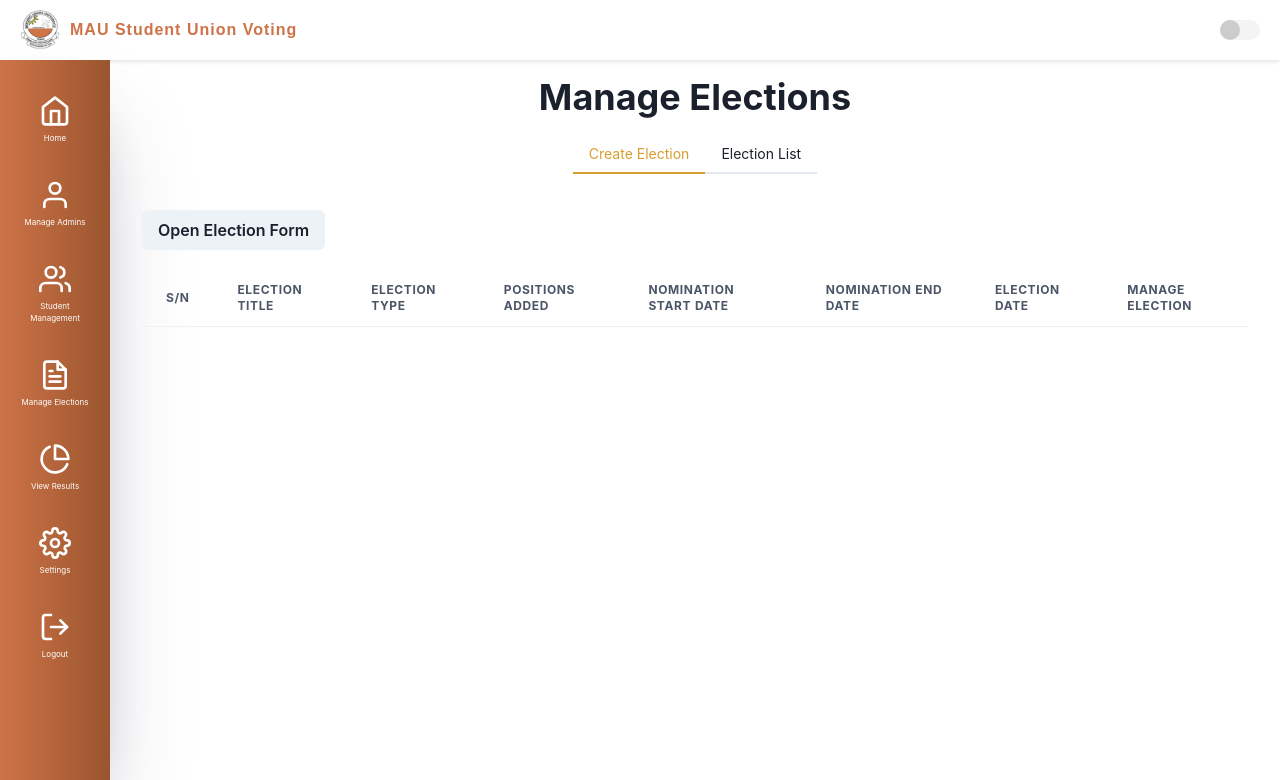
Repository: joena1o/e-vote
Page: /admin-dashboard/manage-elections
These files come from the project's save history. The page is drawn as it stood at one moment and after the next save; the edit follows.
The browser window is 1280 px wide. The pictures show the whole page.
The project was rebuilt for these pictures with package versions that can differ from the ones it lists, and the page was loaded fresh each time. Also part of the build but not shown: src/components/EnhancedLogin.js, src/components/maincontent/RegisterStudents/ManageStudents.js, src/components/maincontent/RegisterStudents/RegisterStudents.js, src/components/maincontent/RegisterStudents/StudentManagement.js, src/components/maincontent/ElectionResults/ViewResults.js, src/components/maincontent/Settings/Settings.js, src/api/index.js, src/components/maincontent/home/Home.styles.js and 15 more.

Above is the page before, as saved 2023-10-27 01:29:19.

### src/index.js
import React from 'react';
import ReactDOM from 'react-dom/client';
import './index.css';
import App from './App';
import reportWebVitals from './reportWebVitals';
import Modal from 'react-modal';

// Set the app element for the modal for accessibility purposes
Modal.setAppElement('#root');

const root = ReactDOM.createRoot(document.getElementById('root'));
root.render(
  <React.StrictMode>
    <App />
  </React.StrictMode>
);

// If you want to start measuring performance in your app, pass a function
// to log results (for example: reportWebVitals(console.log))
// or send to an analytics endpoint. Learn more: https://bit.ly/CRA-vitals
reportWebVitals();

### src/App.js
import React from 'react';
import { BrowserRouter as Router, Routes, Route, Navigate } from 'react-router-dom';
import EnhancedLogin from './components/EnhancedLogin';
import AdminDashboard from './components/AdminDashboard';
import StudentDashboard from './components/StudentDashboard';
import { ChakraProvider, ColorModeProvider, Button, useColorMode } from '@chakra-ui/react';
import { Provider } from 'react-redux';
import store from './Redux/store';
import ElectionCommitteeDashboard from './components/maincontent/ElectionCommitteeDashboard';

// Component to toggle dark mode
function DarkModeToggle() {
  const { colorMode, toggleColorMode } = useColorMode();
  return (
    <Button onClick={toggleColorMode} position="fixed" m={4} zIndex={10}>
      Toggle {colorMode === 'light' ? 'Dark' : 'Light'}
    </Button>
  );
}

function App() {
  // Check if the current route is not the "/login" route, then render the DarkModeToggle
  // const isLoginPage = window.location.pathname === '/login';

  return (
    <Provider store={store}>
      <ChakraProvider>
        <ColorModeProvider options={{ useSystemColorMode: true }}>
          <Router>
            <Routes>
              {/* Define your routes */}
              <Route path="/login" element={<EnhancedLogin />} />
              <Route path="/admin-dashboard/*" element={<AdminDashboard />} />
              <Route path="/ElectionCommittee-dashboard/*" element={<ElectionCommitteeDashboard />} />
              <Route path='/student-dashboard/*' element={<StudentDashboard />} />
              {/* Redirect root to /admin-dashboard */}
              <Route path="/" element={<Navigate to="/admin-dashboard" replace />} />
            </Routes>
          </Router>
          {/* Render DarkModeToggle only if not on the "/login" page */}
          {/* {!isLoginPage && <DarkModeToggle />} */}
        </ColorModeProvider>
      </ChakraProvider>
    </Provider>
  );
}

export default App;

### src/components/AdminDashboard.js
// AdminDashboard.js
import React from 'react';
import { Routes, Route } from 'react-router-dom';
import StudentManagement from './maincontent/RegisterStudents/StudentManagement';
import ViewResults from './maincontent/ElectionResults/ViewResults';
import Settings from './maincontent/Settings/Settings';
import Home from './maincontent/home/Home';
import ManageAdmin from './maincontent/ManageAdmins/ManageAdmins';
import ManageElections from './maincontent/ManageElections/ManageElections';
import Sidebar from './Sidebar';
import Navbar from './Navbar';
import styled from 'styled-components';

const Container = styled.div`
  display: flex;
  flex-direction: column;
  /* Add the following line to ensure Container fills the screen height */
  height: 100vh;
  width: 100%; /* Use 100% to fill the entire width of the screen */
`;


const Content = styled.div`
  display: flex;
  /* Add the following line to ensure Content fills the remaining screen space */
  flex: 1;
`;

const AdminDashboard = () => {
  return (
    <Container>
      <Navbar />
      <Content>
        <Sidebar />
        <Routes>
          <Route index element={<Home />} />
          <Route path="student-management" element={<StudentManagement />} />
          <Route path="view-results" element={<ViewResults />} />
          <Route path="settings" element={<Settings />} />
          <Route path="manage-admin" element={<ManageAdmin />} />
          <Route path="manage-elections" element={<ManageElections />} />
        </Routes>
      </Content>
    </Container>
  );
};

export default AdminDashboard;

### src/Redux/store.js
import { configureStore } from '@reduxjs/toolkit';
import electionReducer from './electionSlice';
import studentsReducer from './studentsSlice';
import candidatesReducer from './CandidateSlice'; // Import the candidates reducer

const store = configureStore({
  reducer: {
    elections: electionReducer,
    students: studentsReducer,
    candidates: candidatesReducer, // Add the candidates reducer here
  },
});

export default store;

### src/components/maincontent/ManageElections/ManageElections.js
import React, { useState } from 'react';
import { Tabs, TabList, TabPanels, Tab, TabPanel, Box, Flex, Heading } from '@chakra-ui/react';
import CreateElections from './CreateElection';
import ElectionList from './ElectionList';

const ManageElections = () => {
  const [activeTab, setActiveTab] = useState(0);

  const handleTabChange = (index) => {
    setActiveTab(index);
  };

  return (
    <Flex direction="column" align="center" w="100vw" h="100vh" p={4}>
      <Heading mb={4}>Manage Elections</Heading>
      <Box w="100%" h="100%" maxW="full">
        <Tabs index={activeTab} onChange={handleTabChange} isLazy>
          <Flex justifyContent="center" w="100%">
            <TabList display="inline-flex">
              <Tab fontSize="sm" px={4} py={2} _selected={{ borderBottom: '2px solid', borderColor: 'yellow.500', color: 'yellow.500' }}>
                Create Election
              </Tab>
              <Tab fontSize="sm" px={4} py={2} _selected={{ borderBottom: '2px solid', borderColor: 'yellow.500', color: 'yellow.500' }}>
                Election List
              </Tab>
            </TabList>
          </Flex>
          <TabPanels>
            <TabPanel>
              <CreateElections />
            </TabPanel>
            <TabPanel>
              <ElectionList />
            </TabPanel>
          </TabPanels>
        </Tabs>
      </Box>
    </Flex>
  );
};

export default ManageElections;

### src/components/Navbar.js
import React from 'react';
import styled, { createGlobalStyle } from 'styled-components';
import logo from '../assets/school_logo.jpg';
import { useColorMode } from '@chakra-ui/react';

const GlobalStyle = createGlobalStyle`
  body {
    background-color: ${props => (props.theme === 'dark' ? '#333' : '#fff')};
    color: ${props => (props.theme === 'dark' ? '#fff' : '#000')}; // Set other component texts to black in light mode
  }
`;

const Header = styled.header`
  background: ${props => (props.theme === 'dark' ? '#333' : '#fff')};
  color: ${props => (props.theme === 'dark' ? '#fff' : '#ce7348')}; // Set navbar text to brown in light mode
  padding: 10px 20px;
  display: flex;
  align-items: center;
  justify-content: flex-start;
  box-shadow: 0px 2px 4px rgba(0, 0, 0, 0.1);
  font-family: 'Poppins', sans-serif;
`;


const Logo = styled.img`
  width: 40px;
  height: 40px;
  border-radius: 20px;
  margin-right: 10px;
`;

const Title = styled.h1`
  margin: 0;
  padding: 0;
  font-size: 1rem;
  font-weight: 600;
  letter-spacing: 1px;
`;

const ToggleSlider = styled.label`
  display: flex;
  align-items: center;
  cursor: pointer;
  margin-left: auto;
`;

const SliderInput = styled.input.attrs({ type: 'checkbox' })`
  display: none;
`;

const Slider = styled.div`
  width: 40px;
  height: 20px;
  background-color: ${props => (props.theme === 'dark' ? '#333' : '#f4f4f4')};
  border-radius: 20px;
  position: relative;
  transition: background-color 0.3s ease;
  cursor: pointer;

  &::after {
    content: '';
    width: 20px;
    height: 20px;
    border-radius: 50%;
    background-color: ${props => (props.theme === 'dark' ? '#fff' : '#ccc')};
    position: absolute;
    top: 50%;
    transform: translateY(-50%);
    left: ${props => (props.theme === 'dark' ? '20px' : '0')};
    transition: left 0.3s ease;
  }
`;

function Navbar() {
  const { colorMode, toggleColorMode } = useColorMode();

  return (
    <>
      <GlobalStyle theme={colorMode} />
      <Header theme={colorMode}>
        <Logo src={logo} alt="University Logo" />
        <Title>MAU Student Union Voting</Title>
        <ToggleSlider>
          <SliderInput type="checkbox" onChange={toggleColorMode} />
          <Slider theme={colorMode} />
        </ToggleSlider>
      </Header>
    </>
  );
}

export default Navbar;

### src/Redux/electionSlice.js
/*import { createSlice, createAsyncThunk } from '@reduxjs/toolkit';
import { API, graphqlOperation } from 'aws-amplify';
import { createElection as createElectionAPI } from '../graphql/mutations';

export const createElection = createAsyncThunk(
  'elections/createElection',
  async (election, { rejectWithValue }) => {
    try {
      const result = await API.graphql(graphqlOperation(createElectionAPI, { input: election }));
      return result.data.createElection;
    } catch (error) {
      return rejectWithValue(error);
    }
  }
);

const electionSlice = createSlice({
  name: 'elections',
  initialState: [],
  reducers: {},
  extraReducers: (builder) => {
    builder.addCase(createElection.fulfilled, (state, action) => {
      state.push(action.payload);
    });
  },
});

export default electionSlice.reducer;
*/

### src/Redux/studentsSlice.js
import { createSlice } from '@reduxjs/toolkit';

export const studentsSlice = createSlice({
  name: 'students',
  initialState: [],
  reducers: {
    addStudents: (state, action) => {
      // Add students to the Redux store
      action.payload.forEach(student => {
        state.push(student);
      });
    },
  },
});

export const { addStudents } = studentsSlice.actions;

export default studentsSlice.reducer;

### src/Redux/CandidateSlice.js

import { createSlice } from '@reduxjs/toolkit';

export const candidatesSlice = createSlice({
  name: 'candidates',
  initialState: [],
  reducers: {
    setCandidates: (state, action) => {
      return action.payload;
    },
  },
});

export const { setCandidates } = candidatesSlice.actions;
export default candidatesSlice.reducer;

### src/components/maincontent/ManageElections/CreateElection.js
import React, { useState } from 'react';
import Select from 'react-select';
import { useFormik } from 'formik';
import { Button, Modal, ModalOverlay, ModalContent, ModalHeader, ModalFooter, ModalBody, ModalCloseButton, Input, FormControl, FormLabel, Box, Table, Thead, Tbody, Tr, Th, Td, VStack, useColorMode } from '@chakra-ui/react';
import { FiCalendar, FiUsers, FiFileText, FiUserCheck, FiClipboard, FiType } from 'react-icons/fi';

const CreateElection = () => {
  const [electionType, setElectionType] = useState('');
  const [modalIsOpen, setModalIsOpen] = useState(false);
  const [elections, setElections] = useState([]);
  const { colorMode } = useColorMode();

  const formik = useFormik({
    initialValues: {
      electionTitle: '',
      electionType: '',
      nominationStartDate: '',
      nominationEndDate: '',
      electionDate: '', // Election Date
      positions: [],
      committeeMembers: [],
    },
    onSubmit: async (values) => {
      // Close the modal
      setModalIsOpen(false);

      // Update the elections state
      setElections([...elections, values]);
    },
  });

  const electionTypeOptions = [
    { value: 'general', label: 'General' },
    { value: 'faculty', label: 'Faculty' },
    { value: 'department', label: 'Department' },
    { value: 'hall', label: 'Hall' }, // Add 'Hall' as an option
  ];

  const students = [
    { value: 'Pascal@example.com', label: 'Prisca Ahmadu' },
    { value: 'Prisca@example.com', label: 'Paul Ahmadu' },
  ];

  const positions = [
    { value: 'President', label: 'President' },
    { value: 'Vice President', label: 'Vice President' },
    // ... add other positions as needed
  ];

  const handleManageElection = (election) => {
    // Replace this with your logic to manage the election
    console.log('Managing election:', election);
  };

  return (
    <>
      <Button onClick={() => setModalIsOpen(true)} mt={5}>
        Open Election Form
      </Button>

      <Box width="100%" mt={5}>
        <Table variant="simple">
          <Thead>
            <Tr>
              <Th className="smaller-title">S/N</Th>
              <Th className="smaller-title">Election Title</Th>
              <Th className="smaller-title">Election Type</Th>
              <Th className="smaller-title">Positions Added</Th>
              <Th className="smaller-title">Nomination Start Date</Th>
              <Th className="smaller-title">Nomination End Date</Th>
              <Th className="smaller-title">Election Date</Th>
              <Th className="smaller-title">Manage Election</Th>
            </Tr>
          </Thead>
          <Tbody>
            {elections.map((election, index) => (
              <Tr key={index}>
                <Td>{index + 1}</Td>
                <Td>{election.electionTitle}</Td>
                <Td>{election.electionType}</Td>
                <Td>{election.positions.join(', ')}</Td>
                <Td>{election.nominationStartDate}</Td>
                <Td>{election.nominationEndDate}</Td>
                <Td>{election.electionDate}</Td>
                <Td>
                  <Button
                    bg="#ce7348"
                    color="white"
                    onClick={() => handleManageElection(election)}
                  >
                    Manage
                  </Button>
                </Td>
              </Tr>
            ))}
          </Tbody>
        </Table>
      </Box>

      <Modal isOpen={modalIsOpen} onClose={() => setModalIsOpen(false)} size="md">
        <ModalOverlay />
        <ModalContent>
          <ModalHeader>Create Election</ModalHeader>
          <ModalCloseButton />
          <ModalBody as="form" onSubmit={formik.handleSubmit}>
            <VStack spacing={4}>
              <FormControl width="100%">
                <FormLabel>Election Title:</FormLabel>
                <Input
                  name="electionTitle"
                  type="text"
                  placeholder="Enter Election Title"
                  onChange={formik.handleChange}
                  value={formik.values.electionTitle}
                />
              </FormControl>

              <FormControl width="100%">
                <FormLabel>Election Type:</FormLabel>
                <Box width="100%">
                  <Select
                    name="electionType"
                    options={electionTypeOptions}
                    onChange={(option) => {
                      formik.setFieldValue('electionType', option.value);
                      setElectionType(option.value);
                    }}
                    value={electionTypeOptions.find(
                      (option) => option.value === formik.values.electionType
                    )}
                    placeholder="Select Election Type"
                    isDark={colorMode === 'dark'} // Enable dark mode for Select
                  />
                </Box>
              </FormControl>

              <FormControl width="100%">
                <FormLabel>Nomination Start Date:</FormLabel>
                <Input
                  name="nominationStartDate"
                  type="date"
                  onChange={formik.handleChange}
                  value={formik.values.nominationStartDate}
                />
              </FormControl>

              <FormControl width="100%">
                <FormLabel>Nomination End Date:</FormLabel>
                <Input
                  name="nominationEndDate"
                  type="date"
                  onChange={formik.handleChange}
                  value={formik.values.nominationEndDate}
                />
              </FormControl>

              <FormControl width="100%">
                <FormLabel>Election Date:</FormLabel>
                <Input
                  name="electionDate"
                  type="datetime-local"
                  onChange={formik.handleChange}
                  value={formik.values.electionDate}
                />
              </FormControl>

              <FormControl width="100%">
                <FormLabel>Positions:</FormLabel>
                <Select
                  isMulti
                  name="positions"
                  options={positions}
                  onChange={(selectedOptions) => {
                    formik.setFieldValue(
                      'positions',
                      selectedOptions ? selectedOptions.map((option) => option.value) : []
                    );
                  }}
                  value={positions.filter((position) =>
                    formik.values.positions.includes(position.value)
                  )}
                  placeholder="Select positions..."
                  isDark={colorMode === 'dark'} // Enable dark mode for Select
                />
              </FormControl>

              <FormControl width="100%">
                <FormLabel>Committee Members:</FormLabel>
                <Box width="100%">
                  <Select
                    isMulti
                    options={students}
                    onChange={(selectedOptions) => {
                      formik.setFieldValue(
                        'committeeMembers',
                        selectedOptions ? selectedOptions.map((option) => option.value) : []
                      );
                    }}
                    value={students.filter((student) =>
                      formik.values.committeeMembers.includes(student.value)
                    )}
                    placeholder="Select members..."
                    isDark={colorMode === 'dark'} // Enable dark mode for Select
                  />
                </Box>
              </FormControl>
            </VStack>
          </ModalBody>
          <ModalFooter>
            <Button type="submit" bg="#ce7348" color="white" mr={3}>
              Create Election
            </Button>
          </ModalFooter>
        </ModalContent>
      </Modal>
    </>
  );
};

export default CreateElection;

Loaded but not shown: public/index.html (common file); src/index.css (common file); src/reportWebVitals.js (common file); src/components/Sidebar.js (130 lines, source omitted)

After the next save:
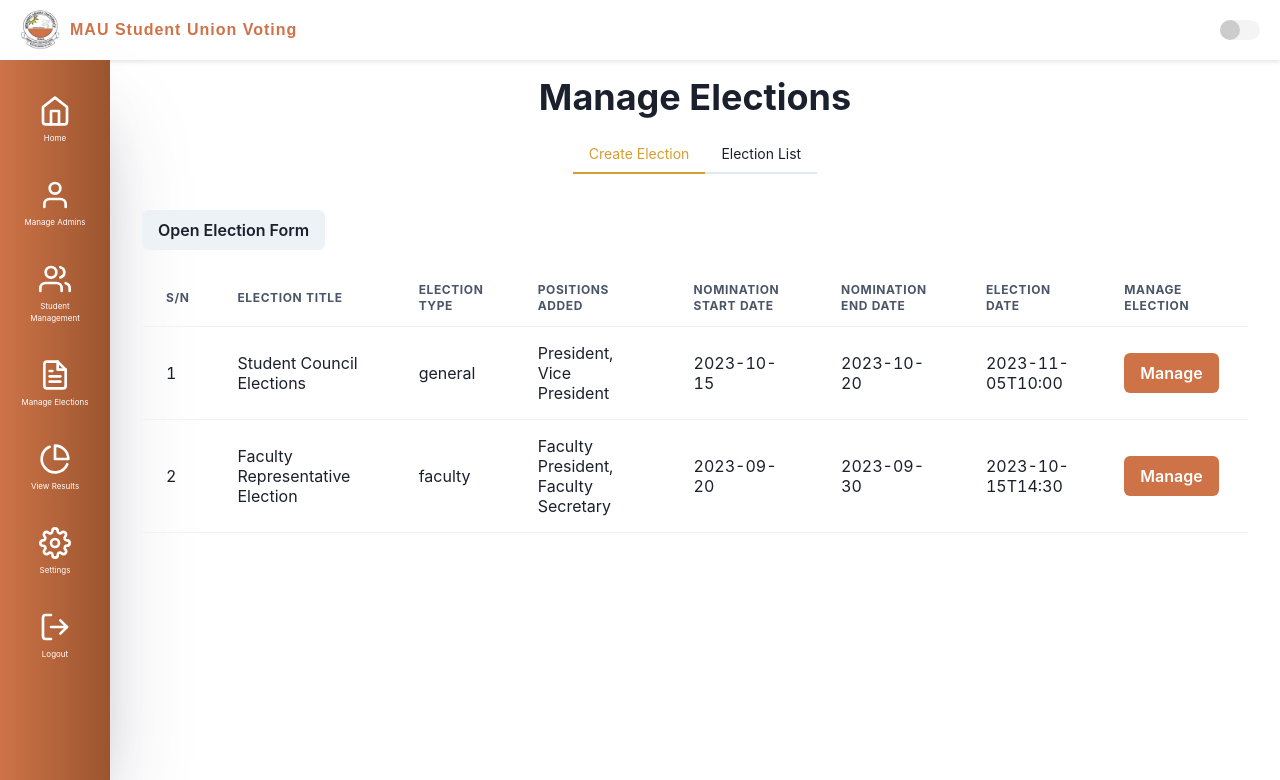
Saved 3 min 25 s later.
--- a/src/components/maincontent/ManageElections/CreateElection.js
+++ b/src/components/maincontent/ManageElections/CreateElection.js
@@ -9,6 +9,28 @@ const CreateElection = () => {
   const [modalIsOpen, setModalIsOpen] = useState(false);
   const [elections, setElections] = useState([]);
   const { colorMode } = useColorMode();
+
+  const initialElections = [
+    {
+      electionTitle: 'Student Council Elections',
+      electionType: 'general',
+      nominationStartDate: '2023-10-15',
+      nominationEndDate: '2023-10-20',
+      electionDate: '2023-11-05T10:00',
+      positions: ['President', 'Vice President'],
+      committeeMembers: [],
+    },
+    {
+      electionTitle: 'Faculty Representative Election',
+      electionType: 'faculty',
+      nominationStartDate: '2023-09-20',
+      nominationEndDate: '2023-09-30',
+      electionDate: '2023-10-15T14:30',
+      positions: ['Faculty President', 'Faculty Secretary'],
+      committeeMembers: ['Pascal@example.com', 'Prisca@example.com'],
+    },
+    // Add more mock elections as needed
+  ];
 
   const formik = useFormik({
     initialValues: {
@@ -16,7 +38,7 @@ const CreateElection = () => {
       electionType: '',
       nominationStartDate: '',
       nominationEndDate: '',
-      electionDate: '', // Election Date
+      electionDate: '',
       positions: [],
       committeeMembers: [],
     },
@@ -33,7 +55,7 @@ const CreateElection = () => {
     { value: 'general', label: 'General' },
     { value: 'faculty', label: 'Faculty' },
     { value: 'department', label: 'Department' },
-    { value: 'hall', label: 'Hall' }, // Add 'Hall' as an option
+    { value: 'hall', label: 'Hall' },
   ];
 
   const students = [
@@ -44,7 +66,6 @@ const CreateElection = () => {
   const positions = [
     { value: 'President', label: 'President' },
     { value: 'Vice President', label: 'Vice President' },
-    // ... add other positions as needed
   ];
 
   const handleManageElection = (election) => {
@@ -73,9 +94,29 @@ const CreateElection = () => {
             </Tr>
           </Thead>
           <Tbody>
-            {elections.map((election, index) => (
+            {initialElections.map((election, index) => (
               <Tr key={index}>
                 <Td>{index + 1}</Td>
+                <Td>{election.electionTitle}</Td>
+                <Td>{election.electionType}</Td>
+                <Td>{election.positions.join(', ')}</Td>
+                <Td>{election.nominationStartDate}</Td>
+                <Td>{election.nominationEndDate}</Td>
+                <Td>{election.electionDate}</Td>
+                <Td>
+                  <Button
+                    bg="#ce7348"
+                    color="white"
+                    onClick={() => handleManageElection(election)}
+                  >
+                    Manage
+                  </Button>
+                </Td>
+              </Tr>
+            ))}
+            {elections.map((election, index) => (
+              <Tr key={index + initialElections.length}>
+                <Td>{index + initialElections.length + 1}</Td>
                 <Td>{election.electionTitle}</Td>
                 <Td>{election.electionType}</Td>
                 <Td>{election.positions.join(', ')}</Td>
@@ -129,7 +170,7 @@ const CreateElection = () => {
                       (option) => option.value === formik.values.electionType
                     )}
                     placeholder="Select Election Type"
-                    isDark={colorMode === 'dark'} // Enable dark mode for Select
+                    isDark={colorMode === 'dark'}
                   />
                 </Box>
               </FormControl>
@@ -180,7 +221,7 @@ const CreateElection = () => {
                     formik.values.positions.includes(position.value)
                   )}
                   placeholder="Select positions..."
-                  isDark={colorMode === 'dark'} // Enable dark mode for Select
+                  isDark={colorMode === 'dark'}
                 />
               </FormControl>
 
@@ -200,7 +241,7 @@ const CreateElection = () => {
                       formik.values.committeeMembers.includes(student.value)
                     )}
                     placeholder="Select members..."
-                    isDark={colorMode === 'dark'} // Enable dark mode for Select
+                    isDark={colorMode === 'dark'}
                   />
                 </Box>
               </FormControl>
